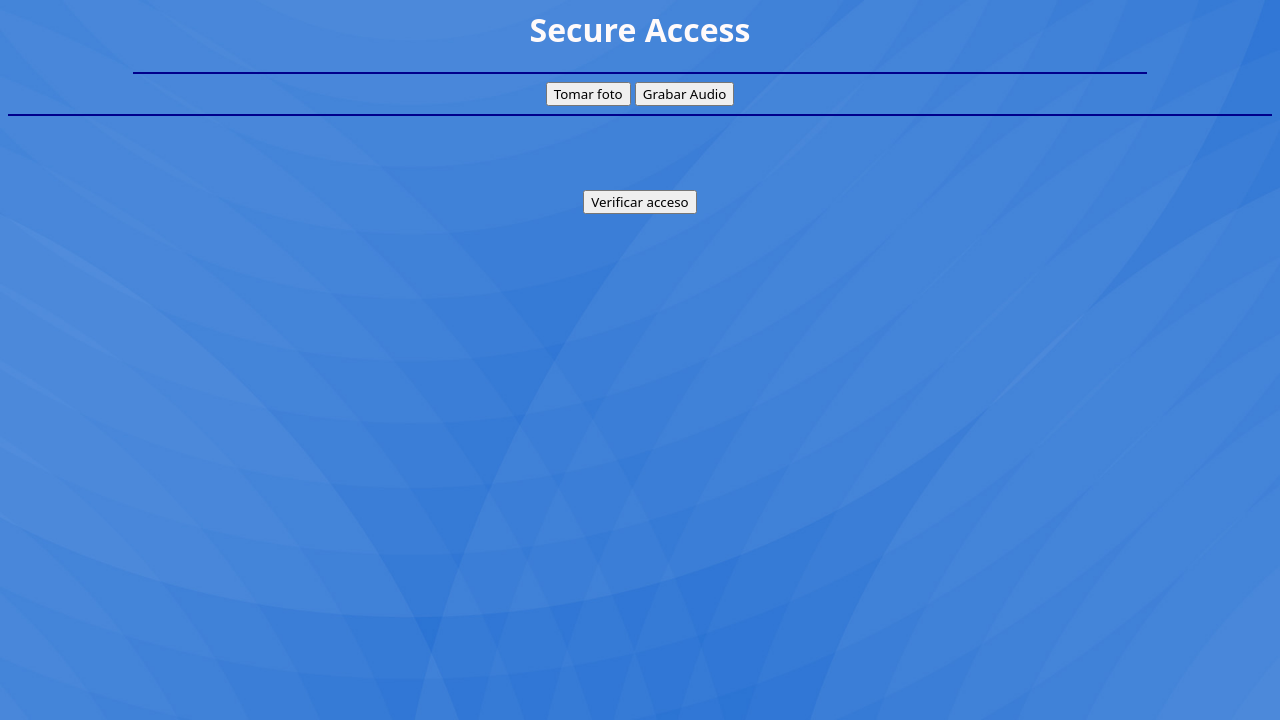
Repository: dabarreiroh/SECURE-ACCESS
Page: accessecure/templates/home/index.html
An editor plug-in stored every save of this project. The page is shown before and after the next save, followed by the edit.
The browser window is 1280 px wide. The pictures show the whole page.

Above is the page before, as saved 2020-03-16 23:07:57.

After the next save:
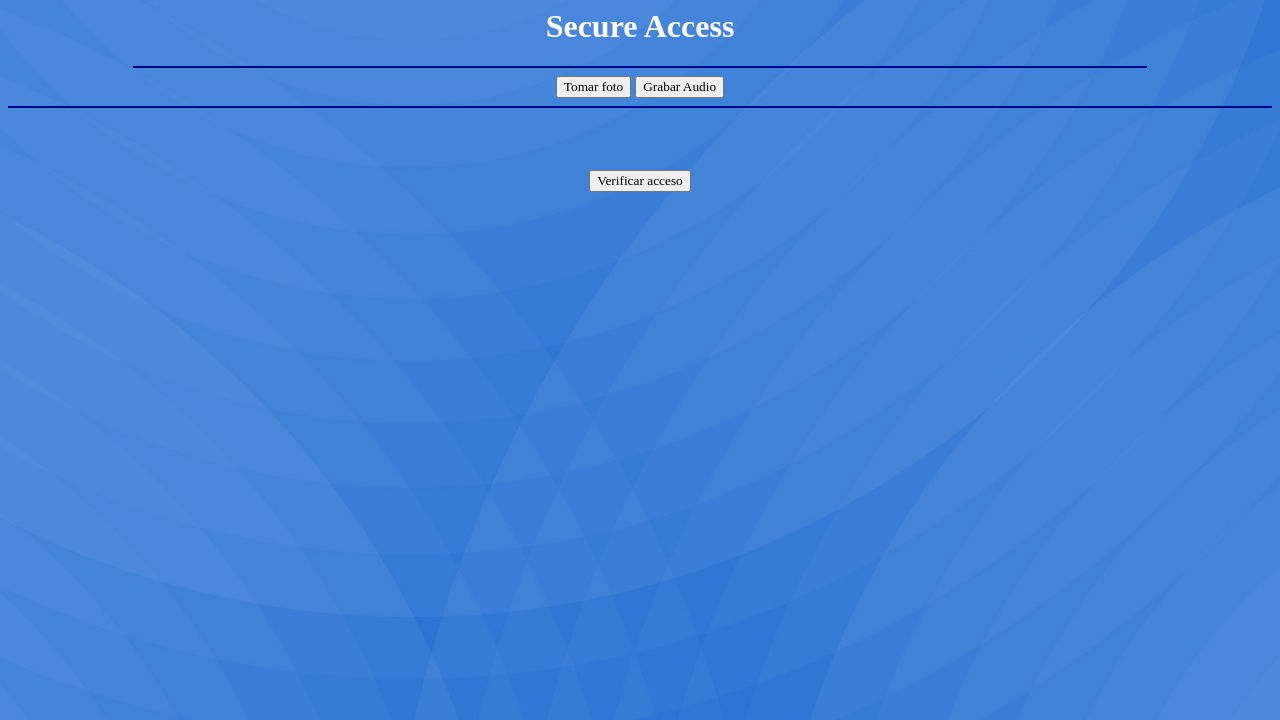
Saved 32 s later.
--- a/accessecure/static/admin/css/index/index.css
+++ b/accessecure/static/admin/css/index/index.css
@@ -1,6 +1,6 @@
 *{
     text-align: center;
-    font-family: 'Noto Sans', sans-serif;
+    font-family: 'PT Serif', serif;
 }
 
 body{
